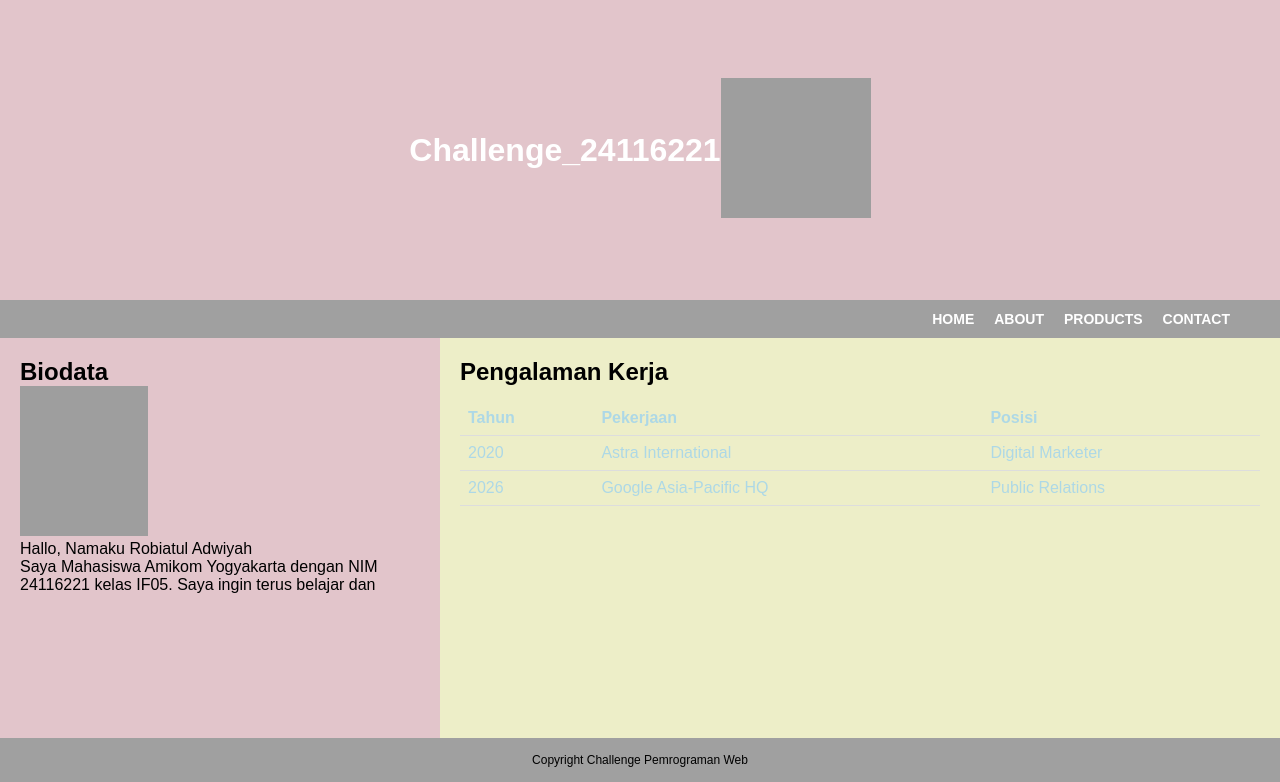
Repository: Adwiyah324/praktikum3
Page: praktikum_3.html
The author's editor kept a copy of each file at every save. The page is drawn from the files as they stood at one save, then again after the next save.
The browser window is 1280 px wide. The pictures show the whole page.
Pictures or frames that could not be fetched are drawn as grey boxes.

Above is the page before, as saved 2026-05-02 20:28:49.

After the next save:
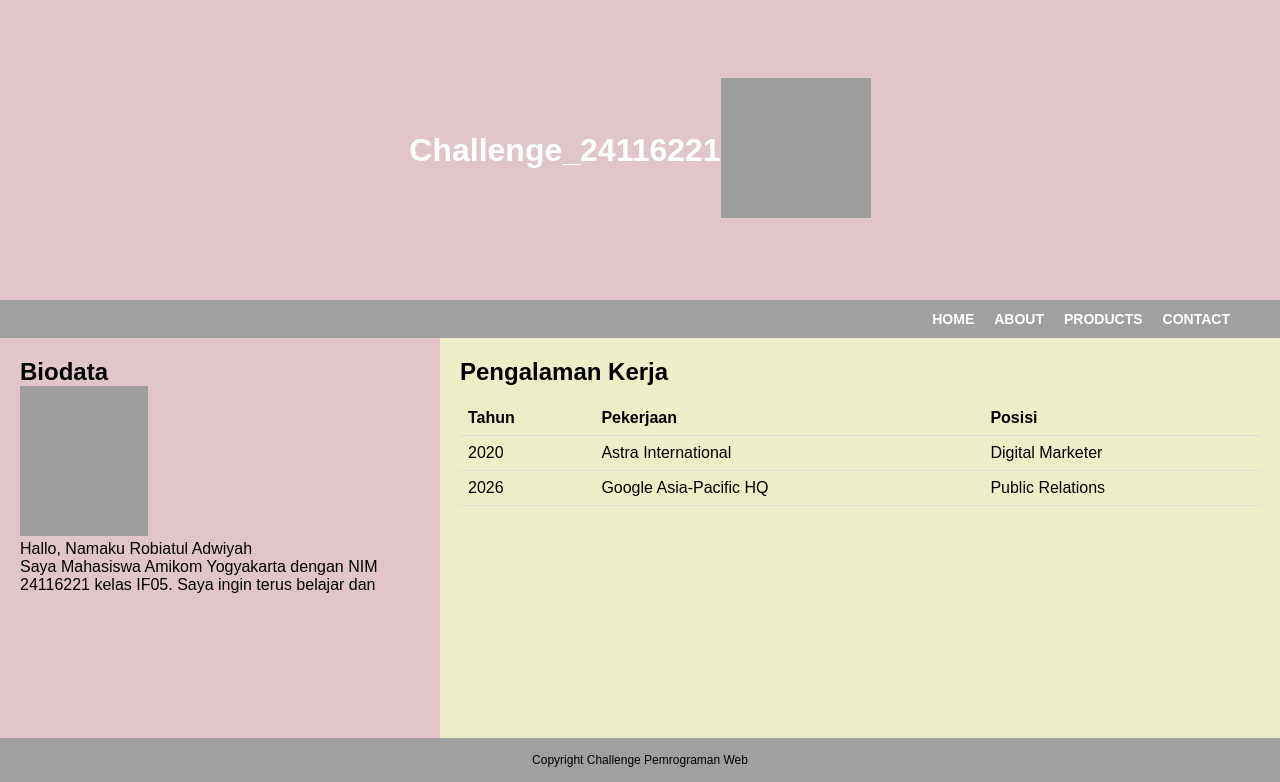
Saved 64 s later.
--- a/style.css
+++ b/style.css
@@ -16,6 +16,7 @@ body {
     justify-content: center;
     align-items: center;
     color: white;
+    font-family: sans-serif;
 }
 
 nav {
@@ -68,7 +69,6 @@ table {
     width: 100%;
     border-collapse: collapse;
     margin-top: 15px;
-    color: lightblue;
 }
 
 th, td {
